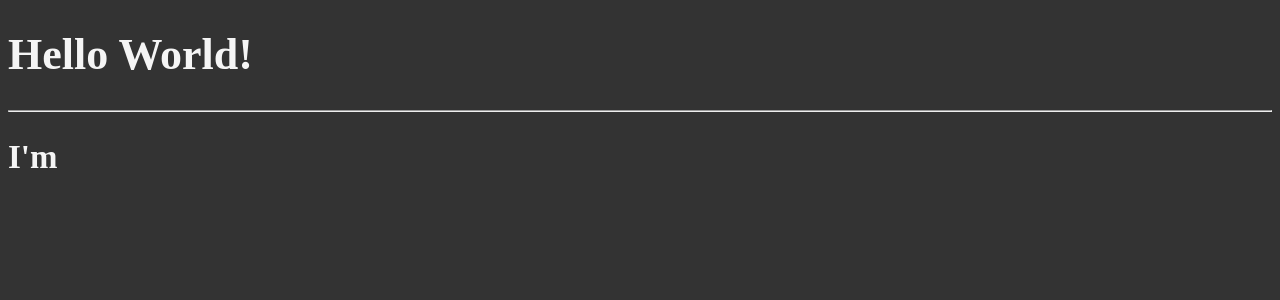
Repository: JavaProgrammerFromEastEurope/project-html-full-tutorial
Page: 04_lesson/index.html
These files come from the project's save history. The page is drawn as it stood at one moment and after a run of saves; the edit follows.
The browser window is 1280 px wide. The pictures show the whole page.

Above is the page before, as saved 2023-04-07 03:15:55.

After the next 2 saves:
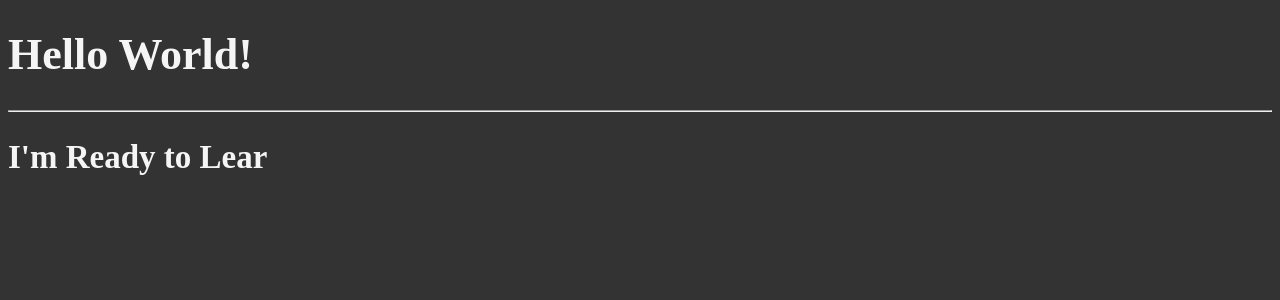
The 2 saves are shown as one change because they came seconds apart.
The last was saved 6 s later.
--- a/04_lesson/index.html
+++ b/04_lesson/index.html
@@ -14,6 +14,6 @@
 	<h1>Hello World!</h1>
 
 	<hr>
-	<h2> I'm </h2>
+	<h2> I'm Ready to Lear</h2>
 </body>
 </html>
